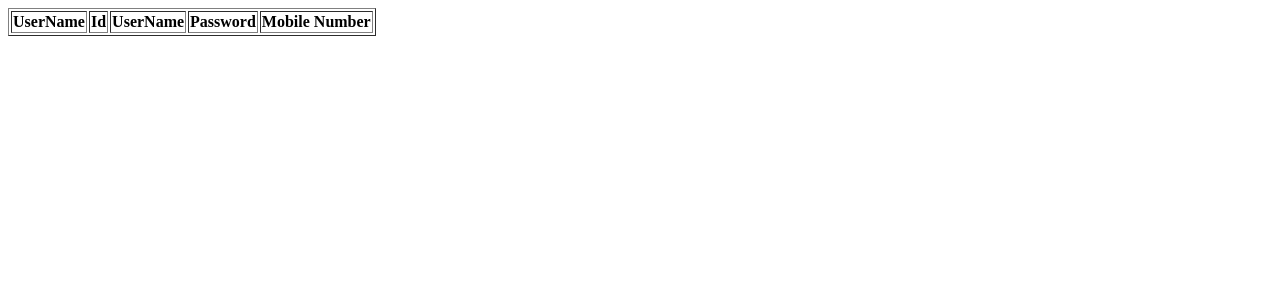
Repository: neethiarasan30/jsp-Servlets-crud-operation
Page: http://localhost/JavaFullStack/Data.jsp
An editor plug-in stored every save of this project. The page is shown before and after the next save, followed by the edit.
The browser window is 1280 px wide. The pictures show the whole page.
The page is served by Tomcat 9. Queries for data that is not in the repository find no rows.

Above is the page before, as saved 2024-07-12 16:20:30.

After the next save:
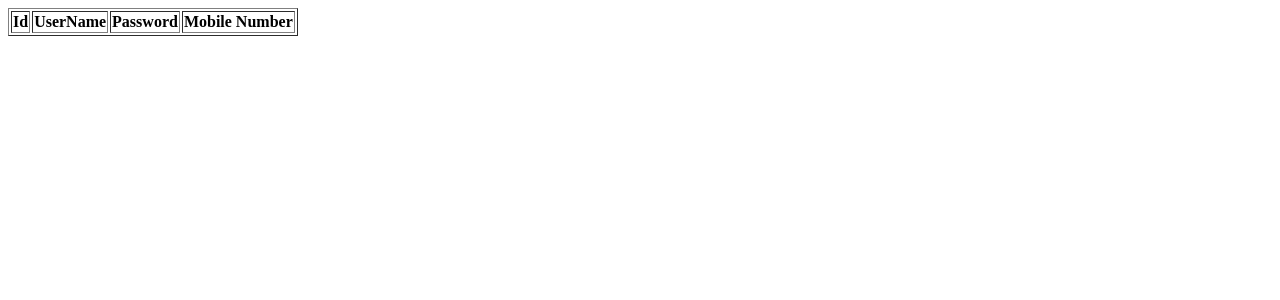
Saved 20 min 6 s later.
--- a/JavaFullStack/src/main/webapp/Data.jsp
+++ b/JavaFullStack/src/main/webapp/Data.jsp
@@ -10,7 +10,7 @@
 <body>
 
 		<table border="1px">
-			<tr>				<th>UserName</th>
+			<tr>
 
 				<th>Id</th>
 				<th>UserName</th>
